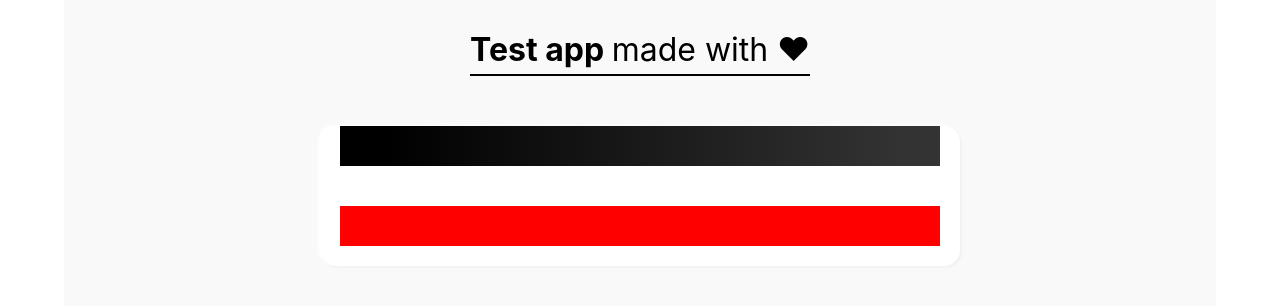
Repository: Khattak01/test-app
Page: /
An editor plug-in stored every save of this project. The page is shown before and after the next save, followed by the edit.
The browser window is 1280 px wide. The pictures show the whole page.
The project was rebuilt for these pictures with package versions that can differ from the ones it lists, and the page was loaded fresh each time.

Above is the page before, as saved 2021-05-12 08:01:18.

### public/index.html
<!DOCTYPE html>
<html lang="en">
  <head>
    <meta charset="utf-8" />
    <link rel="icon" href="%PUBLIC_URL%/favicon.ico" />
    <meta name="viewport" content="width=device-width, initial-scale=1" />
    <meta name="theme-color" content="#000000" />
    <meta
      name="description"
      content="Web site created using create-react-app"
    />
    <link rel="apple-touch-icon" href="%PUBLIC_URL%/logo192.png" />
    <!--
      manifest.json provides metadata used when your web app is installed on a
      user's mobile device or desktop. See https://developers.google.com/web/fundamentals/web-app-manifest/
    -->
    <link rel="manifest" href="%PUBLIC_URL%/manifest.json" />
    <!--
      Notice the use of %PUBLIC_URL% in the tags above.
      It will be replaced with the URL of the `public` folder during the build.
      Only files inside the `public` folder can be referenced from the HTML.

      Unlike "/favicon.ico" or "favicon.ico", "%PUBLIC_URL%/favicon.ico" will
      work correctly both with client-side routing and a non-root public URL.
      Learn how to configure a non-root public URL by running `npm run build`.
    -->
    <title>Test App</title>
  </head>
  <body>
    <noscript>You need to enable JavaScript to run this app.</noscript>
    <div id="root"></div>
    <!--
      This HTML file is a template.
      If you open it directly in the browser, you will see an empty page.

      You can add webfonts, meta tags, or analytics to this file.
      The build step will place the bundled scripts into the <body> tag.

      To begin the development, run `npm start` or `yarn start`.
      To create a production bundle, use `npm run build` or `yarn build`.
    -->
  </body>
</html>

### src/index.js
import React from 'react';
import ReactDOM from 'react-dom';
import './index.css';
import App from '../src/components/app/App';

ReactDOM.render(
  <React.StrictMode>
      <App />
  </React.StrictMode>,
  document.getElementById('root')
);

### src/index.css
*{
  margin: 0;
  padding: 0;
  box-sizing: border-box;
}
body {
  margin: 0;
  font-family: -apple-system, BlinkMacSystemFont, 'Segoe UI', 'Roboto', 'Oxygen',
    'Ubuntu', 'Cantarell', 'Fira Sans', 'Droid Sans', 'Helvetica Neue',
    sans-serif;
  -webkit-font-smoothing: antialiased;
  -moz-osx-font-smoothing: grayscale;
}

code {
  font-family: source-code-pro, Menlo, Monaco, Consolas, 'Courier New',
    monospace;
}

.container{
  width:90%;
  margin:auto auto;
  background-color: #f9f9f9;
  padding: 10px;
}

### src/components/app/App.js
import React from 'react'
import './App.css'
import Banner from '../banner/Banner'

const App = () => {
    return (
        <div className="app container">
            <h1>Test app <span style={{fontWeight:'lighter'}}> made with </span> &#10084;</h1>
            <Banner />
        </div>
    )
}

export default App

### src/components/app/App.css
.app {
  padding: 30px 0;
  min-height: 100vh;
  text-align: center;
}
.app > h1 {
  display: inline-block;

  text-align: center;
  width: max-content;
  padding-bottom: 5px;
  border-bottom: 2px solid black;
  margin-bottom: 50px;
}

:root {
  --color-primary: linear-gradient(
    100.28537797494744deg,
    rgba(23, 98, 122, 1) 6.8671875%,
    rgba(23, 98, 122, 1) 8.216145833333332%,
    rgba(20, 159, 184, 1) 87.80468749999999%
  );

  --color-dark: linear-gradient(
    89.76211853375082deg,
    rgba(0, 0, 0, 1) 5.893229166666666%,
    rgba(0, 0, 0, 1) 7.356770833333332%,
    rgba(51, 51, 51, 1) 93.70572916666666%
  );
}

### src/components/banner/Banner.js
import React from 'react'
import classes from './Banner.module.css'

import Box from '../../UI/box/Box'

const Banner = () => {

    return (
        <Box className={classes.banner}>
            {/* <h1>Test App</h1>
            <button className={classes.banner__btn}>Button</button> */}
            <div className={classes.banner__top}></div>
            <div className={classes.banner__center}></div>
            <div className={classes.banner__bottom}></div>
        </Box>
    )
}

export default Banner

### src/components/banner/Banner.module.css
.banner {
  width: 100%;
  max-width: 40rem;
  min-width: 50vh;
  /* border: 1px solid black; */
  margin: auto auto;

  display: flex;
  flex-direction: column;
  gap: 20px;
  padding: 20px;
  padding-top: 0;
}

.banner__top,.banner__bottom{
  height: 40px;
  width: 100%;
  background-color: red;
}
.banner__top{
  background-image: var(--color-dark);
}

.banner__btn {
  margin: auto auto;
  width: 300px !important;
  display: flex;
  justify-content: center;
  align-items: center;
  /* background:#1AAB8A; */

  background-image: var(--color-primary);

  color: #fff;
  border: none;
  position: relative;
  height: 60px;
  font-size: 18px;
  padding: 0 20px;
  cursor: pointer;
  transition: 800ms ease all;
  outline: none;
}
.banner__btn:hover {
  background: #fff;
  color: #1aab8a;
}
.banner__btn:before,
.banner__btn:after {
  content: "";
  position: absolute;
  top: 0;
  right: 0;
  height: 2px;
  width: 0;
  background: #1aab8a;
  transition: 400ms ease all;
}
.banner__btn:after {
  right: inherit;
  top: inherit;
  left: 0;
  bottom: 0;
}
.banner__btn:hover:before,
.banner__btn:hover:after {
  width: 100%;
  transition: 800ms ease all;
}

### src/UI/box/Box.js

import React from 'react'
import classes from './Box.module.css'

const Box = (props) => {
    return (
        <div onClick={props.onClick} className={[classes.box,props.className].join(' ')}>
            {props.children}
        </div>
    )
}

export default Box

### src/UI/box/Box.module.css
.box {
  background-color: #ffffff;
  transition: all 0.25s cubic-bezier(0.86, 1.26, 0.59, 1.03);
  /* min-height: 1rem; */
  /* padding: 1rem; */
  border-radius: 1rem;
  box-shadow: 2px 2px 2px #f2f2f2, -2px -1px 3px #ffffff;
}
.box:hover {
  /* transform: translateZ(0) scale(1.05); */
  backface-visibility: hidden;
}

After the next save:
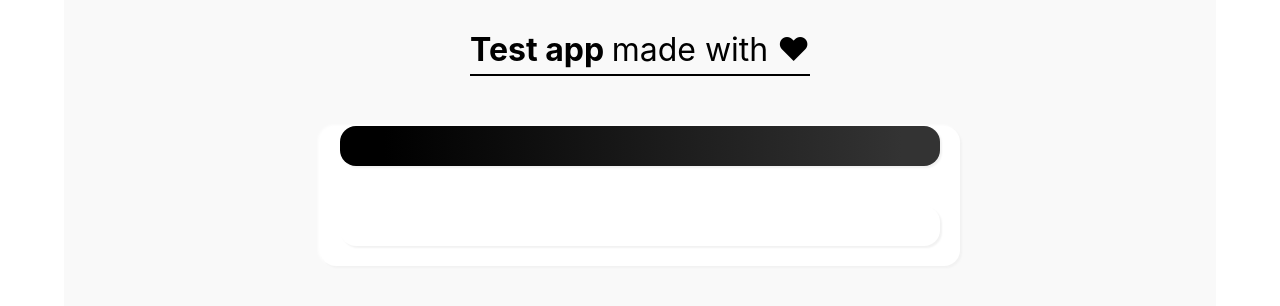
Saved 25 s later.
--- a/src/components/banner/Banner.js
+++ b/src/components/banner/Banner.js
@@ -9,9 +9,9 @@
         <Box className={classes.banner}>
             {/* <h1>Test App</h1>
             <button className={classes.banner__btn}>Button</button> */}
-            <div className={classes.banner__top}></div>
+            <Box className={classes.banner__top}></Box>
             <div className={classes.banner__center}></div>
-            <div className={classes.banner__bottom}></div>
+            <Box className={classes.banner__bottom}></Box>
         </Box>
     )
 }

After the save that followed:
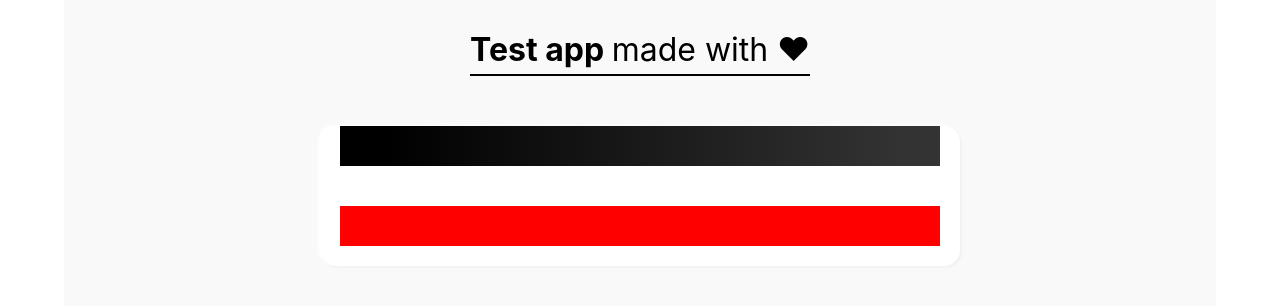
Saved 8 s later.
--- a/src/components/banner/Banner.js
+++ b/src/components/banner/Banner.js
@@ -9,9 +9,9 @@
         <Box className={classes.banner}>
             {/* <h1>Test App</h1>
             <button className={classes.banner__btn}>Button</button> */}
-            <Box className={classes.banner__top}></Box>
+            <div className={classes.banner__top}></div>
             <div className={classes.banner__center}></div>
-            <Box className={classes.banner__bottom}></Box>
+            <div className={classes.banner__bottom}></div>
         </Box>
     )
 }
